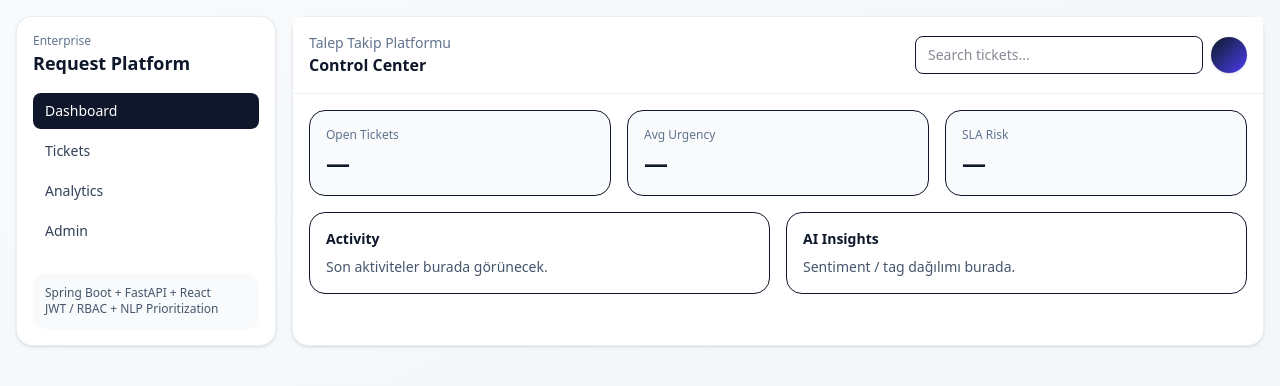
Repository: Salihapeker/enterprise-ai-ticket-system
Page: / (app in Desktop/enterprise-ai-ticket-system/frontend/)
The author's editor kept a copy of each file at every save. The page is drawn from the files as they stood at one save, then again after the next save.
The browser window is 1280 px wide. The pictures show the whole page.
The project was rebuilt for these pictures with package versions that can differ from the ones it lists, and the page was loaded fresh each time. Also part of the build but not shown: Desktop/enterprise-ai-ticket-system/frontend/vite.config.ts, Desktop/enterprise-ai-ticket-system/frontend/src/services/tickets.ts, Desktop/enterprise-ai-ticket-system/frontend/src/pages/TicketsPage.tsx, Desktop/enterprise-ai-ticket-system/frontend/src/pages/AnalyticsPage.tsx, Desktop/enterprise-ai-ticket-system/frontend/src/pages/AdminPage.tsx.

Above is the page before, as saved 2026-03-16 01:16:37.

After the next save:
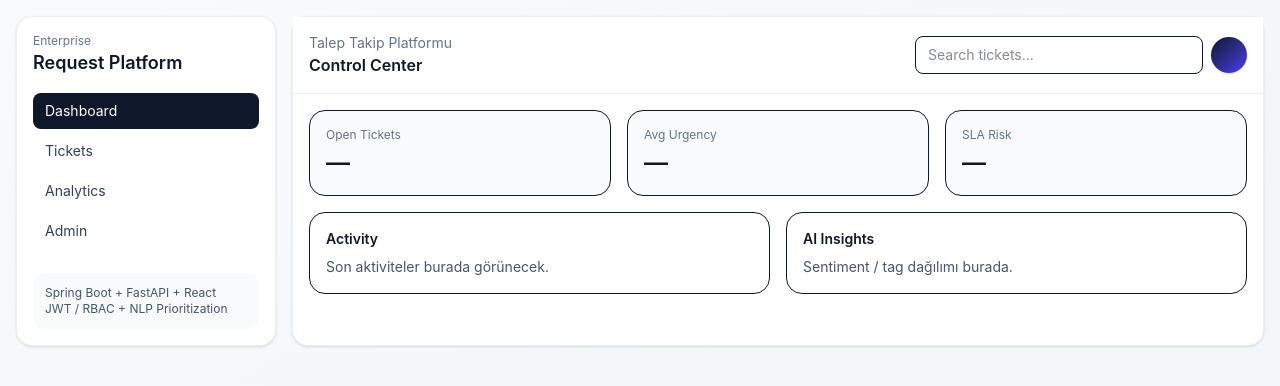
Saved 84 s later.
--- a/Desktop/enterprise-ai-ticket-system/frontend/src/index.css
+++ b/Desktop/enterprise-ai-ticket-system/frontend/src/index.css
@@ -7,8 +7,8 @@ body,
 }
 
 body {
-  margin: 0;
   font-family:
+    Inter,
     ui-sans-serif,
     system-ui,
     -apple-system,
@@ -16,7 +16,6 @@ body {
     Roboto,
     Arial,
     "Noto Sans";
-  background: #f8fafc;
 }
 
 :root {
